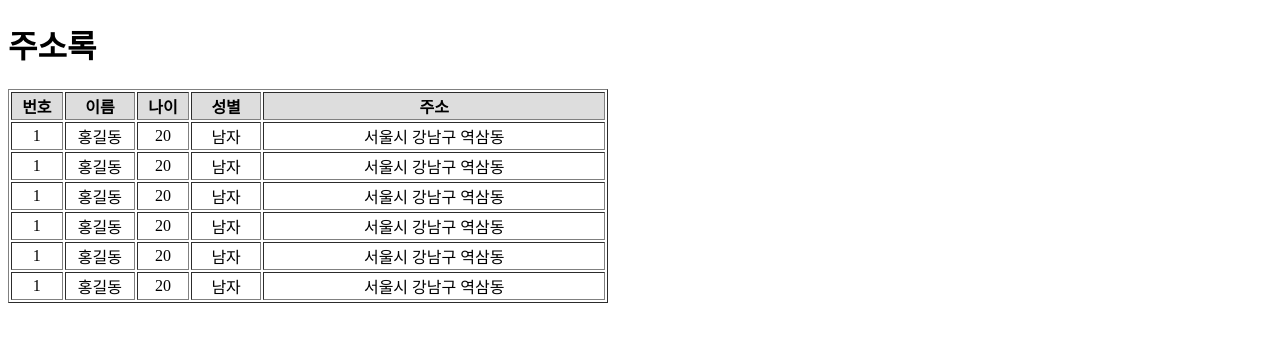
Repository: sungken/htmlProject
Page: ClientTest/src/main/webapp/html/ex16_table.html
These files come from the project's save history. The page is drawn as it stood at one moment and after the next save; the edit follows.
The browser window is 1280 px wide. The pictures show the whole page.

Above is the page before, as saved 2024-03-13 06:46:16.

After the next save:
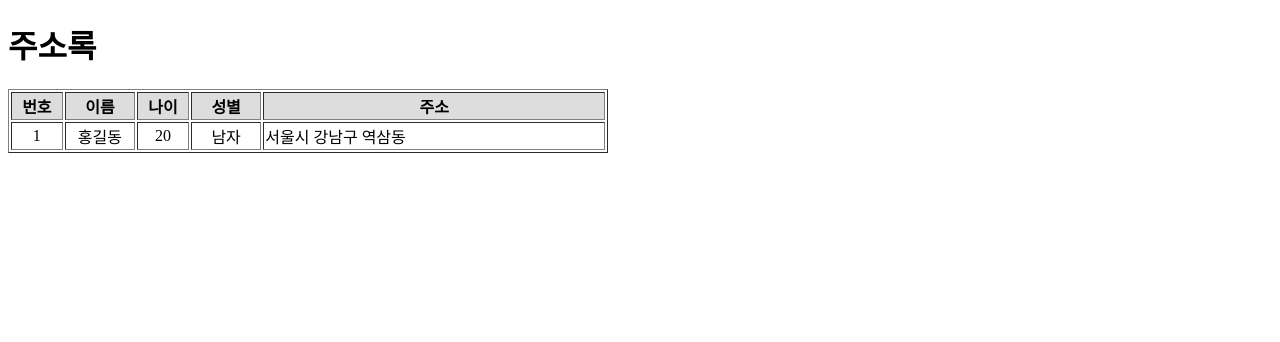
Saved 17 s later.
--- a/ClientTest/src/main/webapp/html/ex16_table.html
+++ b/ClientTest/src/main/webapp/html/ex16_table.html
@@ -21,43 +21,9 @@
 			<td align="center">홍길동</td>
 			<td align="center">20</td>
 			<td align="center">남자</td>
-			<td align="center">서울시 강남구 역삼동</td>
+			<td align="left">서울시 강남구 역삼동</td>
 		</tr>
-		<tr>
-			<td align="center">1</td>
-			<td align="center">홍길동</td>
-			<td align="center">20</td>
-			<td align="center">남자</td>
-			<td align="center">서울시 강남구 역삼동</td>
-		</tr>
-		<tr>
-			<td align="center">1</td>
-			<td align="center">홍길동</td>
-			<td align="center">20</td>
-			<td align="center">남자</td>
-			<td align="center">서울시 강남구 역삼동</td>
-		</tr>
-		<tr>
-			<td align="center">1</td>
-			<td align="center">홍길동</td>
-			<td align="center">20</td>
-			<td align="center">남자</td>
-			<td align="center">서울시 강남구 역삼동</td>
-		</tr>
-		<tr>
-			<td align="center">1</td>
-			<td align="center">홍길동</td>
-			<td align="center">20</td>
-			<td align="center">남자</td>
-			<td align="center">서울시 강남구 역삼동</td>
-		</tr>
-		<tr>
-			<td align="center">1</td>
-			<td align="center">홍길동</td>
-			<td align="center">20</td>
-			<td align="center">남자</td>
-			<td align="center">서울시 강남구 역삼동</td>
-		</tr>
+
 
 	</table>
 
